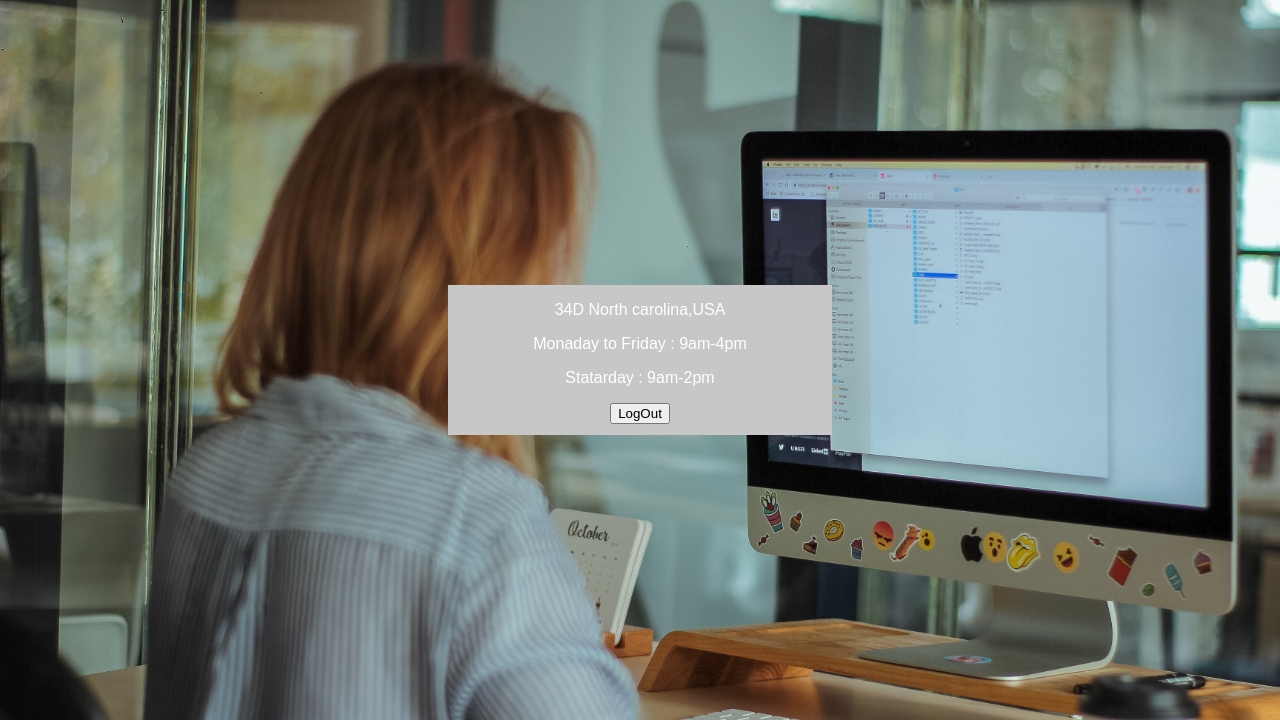
Repository: MyselfAman/Login_Page_Servlet
Page: http://localhost/Login_Page/About_Us.jsp
These files come from the project's save history. The page is drawn as it stood at one moment and after the next save; the edit follows.
The browser window is 1280 px wide. The pictures show the whole page.
The page is served by Tomcat 9. The session is filled in as if someone had signed in: {"name": "Test User"}.

Above is the page before, as saved 2019-08-08 06:11:18.

After the next save:
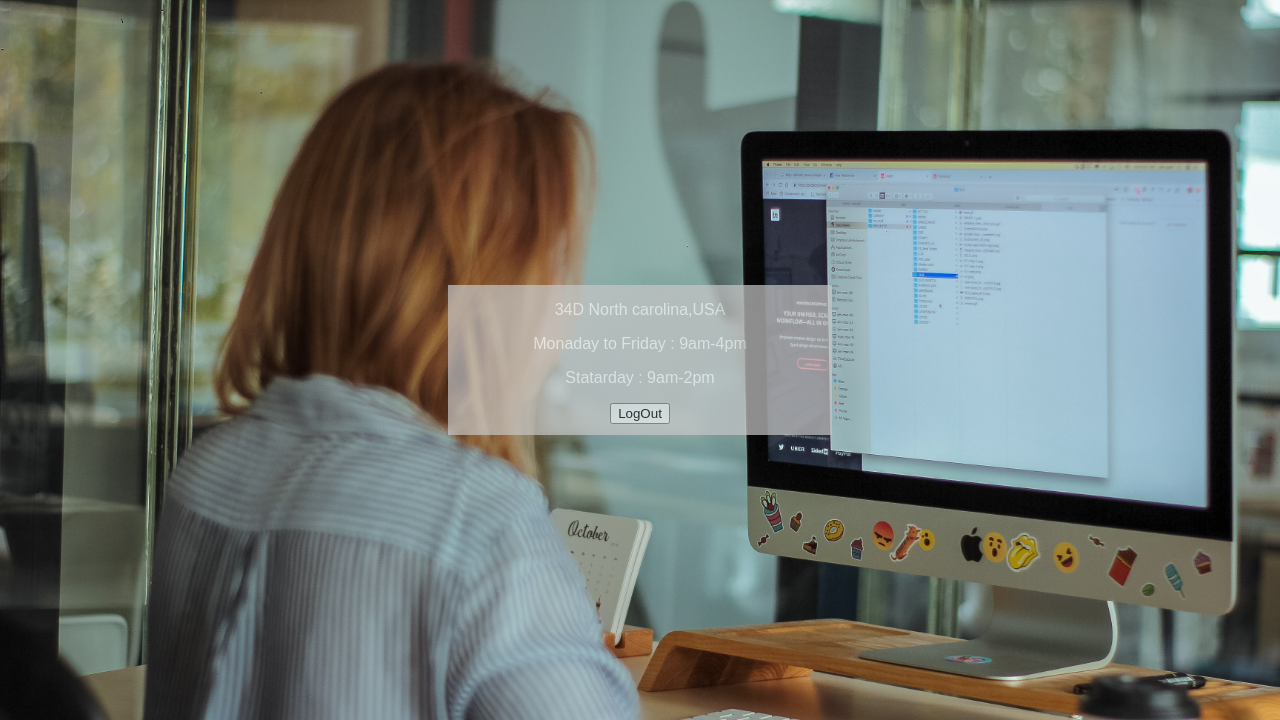
Saved 61 s later.
--- a/Login_Page/WebContent/About_Us.css
+++ b/Login_Page/WebContent/About_Us.css
@@ -19,4 +19,5 @@ div{
 	left:50%;
 	 position: absolute;
   transform: translate(-50%, -50%);
+  opacity:0.7;
 }
